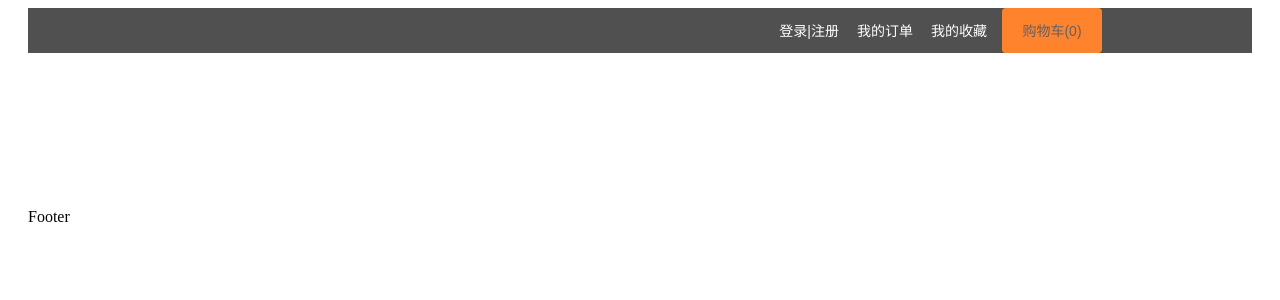
Repository: zhenghaochang/---
Page: / (app in xiaomi/)
The author's editor kept a copy of each file at every save. The page is drawn from the files as they stood at one save, then again after the next save.
The browser window is 1280 px wide. The pictures show the whole page.
The project was rebuilt for these pictures with package versions that can differ from the ones it lists, and the page was loaded fresh each time. Also part of the build but not shown: xiaomi/vite.config.js.

Above is the page before, as saved 2025-07-31 09:36:26.

### xiaomi/src/main.js
import { createApp } from 'vue';
import ElementPlus from 'element-plus';
import 'element-plus/dist/index.css';
import router from './router/router';
import App from './App.vue';
import * as ElementPlusIconsVue from '@element-plus/icons-vue';
import { createPinia } from 'pinia';
import piniaPluginPersistedstate from 'pinia-plugin-persistedstate'
const app = createApp(App);
const pinia = createPinia();
pinia.use(piniaPluginPersistedstate)
app.use(pinia);
for (const [key, component] of Object.entries(ElementPlusIconsVue)) {
    app.component(key, component);
}
app.use(router);
app.use(ElementPlus);
app.mount('#app');

### xiaomi/src/router/router.js
import {createRouter,createWebHashHistory} from 'vue-router'

let router = createRouter({
    history:createWebHashHistory(),
    routes:[
        {
            path:"/",
            component:()=>import('../components/main.vue')
        }
    ]
})

export default router

### xiaomi/src/App.vue
<script setup>
import Menu from '../src/components/menu.vue'


</script>

<template>
    <div>
        <el-container>
            <el-header class="header"><Menu></Menu></el-header>
            <el-main><router-view></router-view></el-main>
            <el-footer>Footer</el-footer>
        </el-container>
    </div>
</template>

<style scoped>
.header{
/*     background-color: blue; */
    width:100%
}
</style>

### xiaomi/src/components/main.vue
<script setup>

</script>

<template>
    <div style="width:100%;height:100px;background:">

    </div>
</template>

<style scoped>

</style>

### xiaomi/src/components/menu.vue
<script setup>
import {ref,reactive} from 'vue'
import request from '../request/index'
import { ElMessage } from 'element-plus'
import {useUserStore} from '../store/index'


const store = useUserStore()


const loginVisible = ref(false)
const registVisible = ref(false)

const loginForm = ref({
    username:'',
    password:''
})

const registForm = ref({
    username:'',
    password:'',
    rePassword:'',
    name:''
})

const user = ref({
    id:0,
    username:'',
    name:'',
    numInCart:0,
    token:''
})

const loginFormRef = ref()
const registFormRef = ref()

const validateUsername = (rule,value,callback)=>{
    if(value.length==0){
      callback(new Error("用户名不能为空"))
    }else{
      callback()
    }
  }

  const validatePassword = (rule,value,callback)=>{
    if(value.length<4){
      callback(new Error("密码小于4位"))
    }else{
      callback()
    }
  }

  const validateRePassword = (rule,value,callback)=>{
    if(value.length<4){
      callback(new Error("密码小于4位"))
    }else{
      if(value != registForm.value.password){
        callback(new Error("密码不一致"))
      }else{
        callback()
      }
    }
  }

  const rules = {
    username:[{required:true,message:'用户名不能为空',validator:validateUsername}],
    password:[{required:true,message:'密码必须大于4位',validator:validatePassword}],
    rePassword:[{required:true,validator:validateRePassword}]
  }


async function login(){
    const valid = await loginFormRef.value.validate
    if(valid){
        let {data} = await request.post("/user/login",loginForm.value)
        if(data.code == 200){
            ElMessage.success('登录成功')
            user.value = data.data
            store.changeInfo(user.value)
            loginVisible.value = false
        }else{
            ElMessage.error(data.msg)
        }
    }
}

async function regist(){
    const valid = await registFormRef.value.validate
    if(valid){
        let {data} = await request.post("/user/regist",registForm.value)
        if(data.code == 200){
            ElMessage.success('注册成功')
            registVisible.value = false
            loginVisible.value = true
        }else{
            ElMessage.error(data.msg)
        }
    }
}

</script>

<template>
    <div class="base_div">
        <el-button color="rgb(80,80,80)" @click="loginVisible = true" v-if="store.id==0" link>登录|注册</el-button>
        <div style="display:flex;align-items:center;margin-right:10px" v-else>
            <el-button color="rgb(80,80,80)" link>欢迎{{store.name}}</el-button>
            <el-button color="rgb(80,80,80)" @click="()=>{store.logout(),ElMessage.success('已退出')}" link>退出登录</el-button>
        </div>
        <el-button color="rgb(80,80,80)" link>我的订单</el-button>
        <el-button color="rgb(80,80,80)" link>我的收藏</el-button>
        <el-button  style="background-color:rgb(255,130, 45);margin-right:150px;width:100px"  link>购物车({{store.numInCart}})</el-button>

        <!-- 登录窗口 -->
        <el-dialog v-model="loginVisible"  title="登录" width="300">
            <el-form :model="loginForm" ref="loginFormRef" :rules="rules">
                <el-form-item label="用户名" prop="username" :label-width="70">
                    <el-input v-model="loginForm.username" autocomplete="off" />
                </el-form-item>
                <el-form-item label="密码" prop="password" :label-width="70">
                    <el-input v-model="loginForm.password" autocomplete="off" type="password" show-password />
                </el-form-item>
            </el-form>
            <template #footer>
                <div style="display:flex;justify-content:space-between;align-items:center">
                    <el-button type="warning" @click="registVisible = true">注册</el-button>
                    <div>
                        <el-button @click="loginVisible = false">取消</el-button>
                        <el-button type="primary" @click="login">
                        登录
                        </el-button>
                    </div>

                </div>
            </template>
        </el-dialog>
        <!-- 登录窗口END -->
        <!-- 注册窗口 -->
        <el-dialog v-model="registVisible"  title="注册" width="350">
            <el-form :model="registForm" ref="registFormRef" :rules="rules">
                <el-form-item label="用户名" prop="username" :label-width="80">
                    <el-input v-model="registForm.username" autocomplete="off" />
                </el-form-item>
                <el-form-item label="密码" prop="password" :label-width="80">
                    <el-input v-model="registForm.password" autocomplete="off" type="password" show-password />
                </el-form-item>
                <el-form-item label="确认密码" prop="rePassword" :label-width="80">
                    <el-input v-model="registForm.rePassword" autocomplete="off" type="password" show-password />
                </el-form-item>
                <el-form-item label="姓名"  :label-width="80">
                    <el-input v-model="registForm.name" autocomplete="off"  />
                </el-form-item>
            </el-form>
            <template #footer>
                <div style="">
                    <div>
                        <el-button @click="registVisible = false">取消</el-button>
                        <el-button type="primary" @click="regist">
                        注册
                        </el-button>
                    </div>

                </div>
            </template>
        </el-dialog>
        <!-- 注册窗口END -->
    </div>
</template>

<style scoped>
.base_div{
    background-color:rgb(80,80,80);
    width:100%;
    height:45px;
    display: flex;
    justify-content:flex-end;
}
</style>

### xiaomi/src/request/index.js
import axios from 'axios'


const request = axios.create({
    baseURL:'http://localhost:8080',
    timeout:10000
})









export default request

### xiaomi/src/store/index.js
import {defineStore} from 'pinia'

const user = {
    id:0,
    username:'',
    name:'',
    numInCart:0,
    token:''
}

export const useUserStore = defineStore('userInfo',{
    state:()=>({
        id:0,
        username:'',
        name:'',
        numInCart:0,
        token:''
    }),
    getters:{},
    actions:{
        changeInfo(user){
            this.id = user.id,
            this.username = user.username,
            this.name = user.name,
            this.numInCart = user.numInCart,
            this.token = user.token
        },
        logout(){
            this.id = 0,
            this.username = '',
            this.name = '',
            this.numInCart = 0,
            this.token = ''
        }
    },
    persist: true
}
)

Loaded but not shown: xiaomi/index.html (common file)

After the next save:
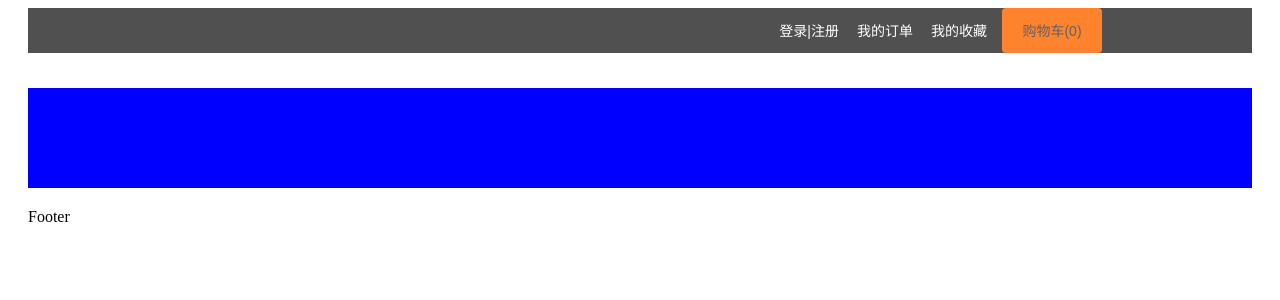
Saved 4 s later.
--- a/xiaomi/src/components/main.vue
+++ b/xiaomi/src/components/main.vue
@@ -3,7 +3,7 @@
 </script>
 
 <template>
-    <div style="width:100%;height:100px;background:">
+    <div style="width:100%;height:100px;background:blue">
 
     </div>
 </template>
